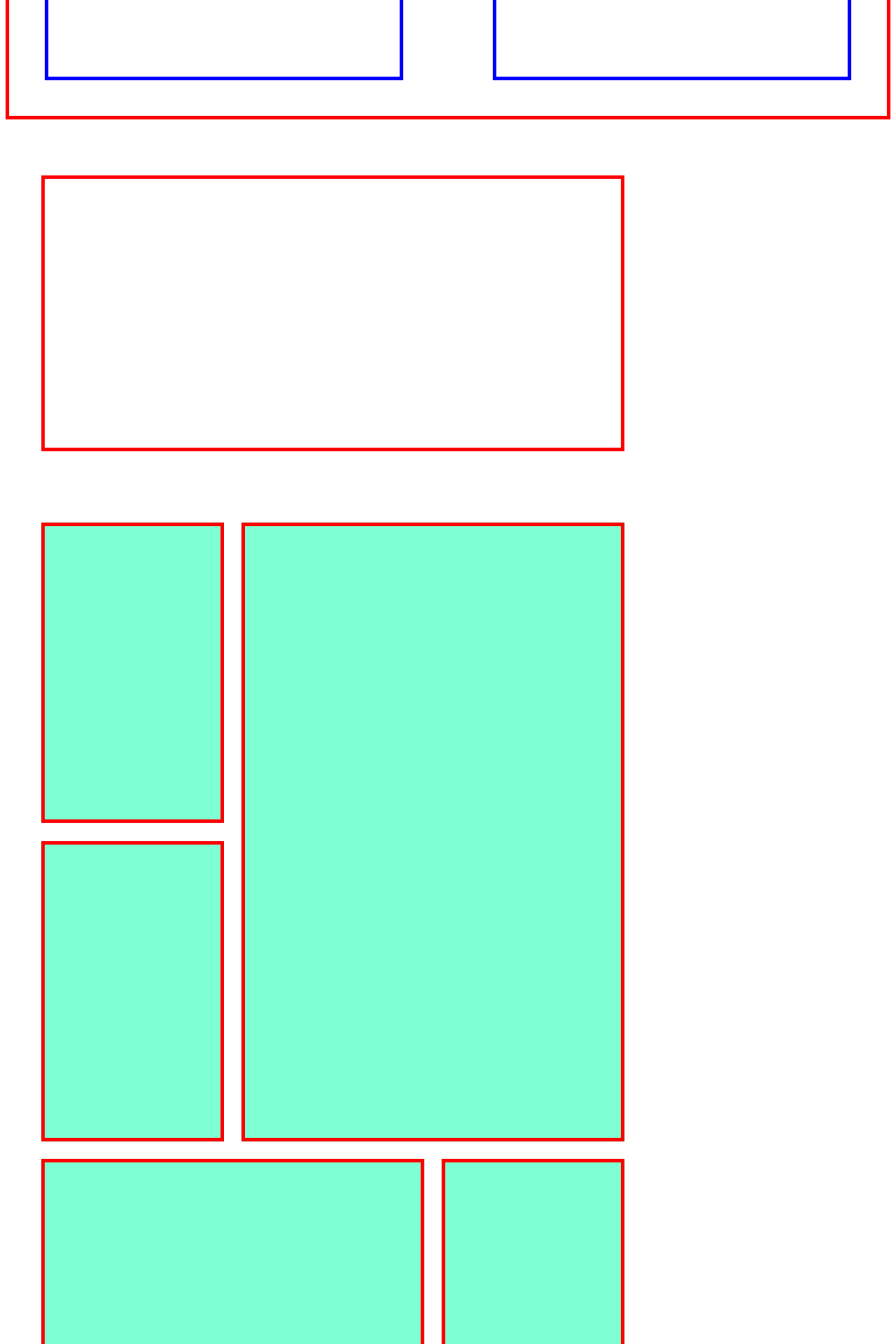
Repository: BwesewB/Brutalist-Website
Page: /
An editor plug-in stored every save of this project. The page is shown before and after the next save, followed by the edit.
The browser window is 1280 px wide. The pictures show the part of the page from y = 872 to 2792 px (the page is 3488 px tall), at 70% of full size.
The project was rebuilt for these pictures with package versions that can differ from the ones it lists, and the page was loaded fresh each time. The framework's server and built-in components were replaced by stand-ins that run in the browser. Also part of the build but not shown: next.config.mjs.

Above is the page before, as saved 2024-02-03 21:13:01.

### pages/index.js
import Head from "next/head";
import Image from "next/image";
import styles from "@/styles/Home.module.css";
import { useState } from "react";
import CoverPage from "@/components/CoverPage";
import BottomDisplay from "@/components/BottomDisplay";

export default function Home() {

  const[input,setInput] = useState();


  const classFilters = {
    1: 'Magician',
    2: 'Theif',
    4: 'Warrior',
    8: 'Bowman',
    16: 'Pirate',
    32: 'Nothing'
  }

const getClassStyle = flagValue => (input & flagValue) > 0 ? { backgroundColor: 'yellow'} : null;

  return (
    <>
      <Head>
        <title>Brutalism</title>
        <meta name="description" content="Brutalist Website" />
        <meta name="viewport" content="width=device-width, initial-scale=1" />
        <link rel="icon" href="/favicon.ico" />
      </Head>
      <main className={`${styles.main}`}>
        <div className={styles.titlePage}>
          <div className={styles.graphic}></div>
          <div className={styles.displayPanel}></div>
        </div>
        <div className={styles.bottomDisplay}>
          <BottomDisplay/>
        </div>
      </main>
      <footer>
        Footer Area
      </footer>
    </>
  );
}

{/* <div class="inputArea">
<input
id="input"
type="text"
placeholder="bitmask decimal value"
value={input}
onChange={event => setInput(event.target.value)}
/>
</div>
<div class="posterArea" >                                                             need to change to posters
<table>
  <tbody>
    {
      Object.keys(classFilters).map(item => (
        <tr key={item} style={getClassStyle(item)}>
          <td>{item}</td>
          <td>{classFilters[item]}</td>
        </tr>
      ))
    }
  </tbody>
</table>
</div> */}

### styles/globals.css
:root{

}

### styles/Home.module.css
.main {
  display:grid;
  grid-template-columns: repeat(4, 1fr);
  gap:4vh;
  box-sizing: border-box;
}

/* <div class="titlePage">
<div class="graphic"></div>
<div class="inputArea"></div>
</div>
<div class="displayArea">
<div class="posterOne"></div>
<div class="posterTwo"></div>
<div class="posterThree"></div>
<div class="posterFour"></div>
<div class="posterFive"></div>
<div class="posterSix"></div>
</div> */

.titlePage{
  height:80vw;
  grid-column: 1/5;
  border: 5px solid red;
/*---------------------------------------------------------------------------------------------------------*/
  display:grid;
  grid-template-columns: repeat(2, 1fr);
  gap:2vw;
}

.graphic, .displayPanel{
  border: 5px solid blue;
  margin:4vw;
}

.graphic{
  grid-column: 1/2;
}

.displayPanel{
  grid-column: 2/3;
  grid-template-columns: repeat(2, 1fr);
}


/*---------------------------------------------------------------------------------------------------------*/

.bottomDisplay{
  grid-column: 1/5;
  display:grid;
  grid-template-columns: repeat(4, 1fr);
  gap:4vw;
}

### components/CoverPage/index.js
export default function CoverPage() {

}

### components/BottomDisplay/index.js
import styles from './BottomDisplay.module.css'
export default function BottomDisplay() {

    return(
        <div className={styles.bottomWidthSpan}>
            <div className={styles.inputArea}></div>
            <div className={styles.displayArea}>
                <div className={styles.posterOne}></div>
                <div className={styles.posterTwo}></div>
                <div className={styles.posterThree}></div>
                <div className={styles.posterFour}></div>
                <div className={styles.posterFive}></div>
                <div className={styles.posterSix}></div>
            </div>
        </div>
    )

}

### components/BottomDisplay/BottomDisplay.module.css
.inputArea{
    border: 5px solid red;
    margin:4vw;
    grid-column: 4/5;
    grid-row:1/2;
    height:30vw;
}

.displayArea {
    display: grid;
    grid-template-columns: repeat(3, 1fr);
    grid-template-rows: repeat(4, 1fr);
    gap: 2vw;
    height:140vw;
    padding: 4vw;
  }

.posterOne,
.posterTwo,
.posterThree,
.posterFour,
.posterFive,
.posterSix {
    background-color: aquamarine;
    border: 5px solid red;
}

.posterTwo{
    grid-column: 2/4;
    grid-row: 1/3;
}

.posterFour{
    grid-column: 1/3;
    grid-row: 3/5;
}

.bottomWidthSpan {
    grid-column: 1/4;
}

Loaded but not shown: pages/_app.js (common file); pages/_document.js (common file)

After the next save:
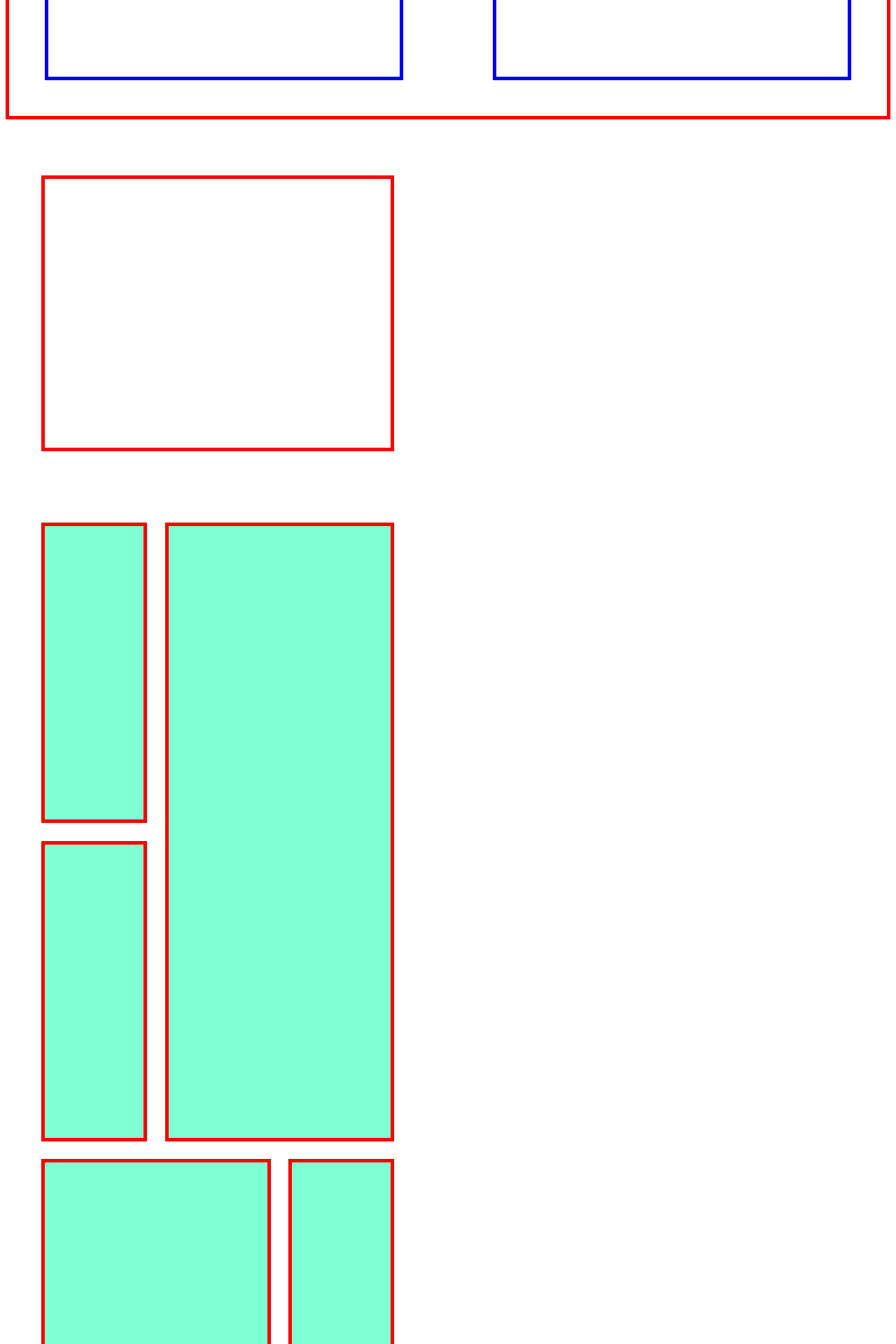
Saved 38 s later.
--- a/components/BottomDisplay/BottomDisplay.module.css
+++ b/components/BottomDisplay/BottomDisplay.module.css
@@ -36,5 +36,5 @@
 }
 
 .bottomWidthSpan {
-    grid-column: 1/4;
+    grid-column: 1/3;
 }

After the save that followed:
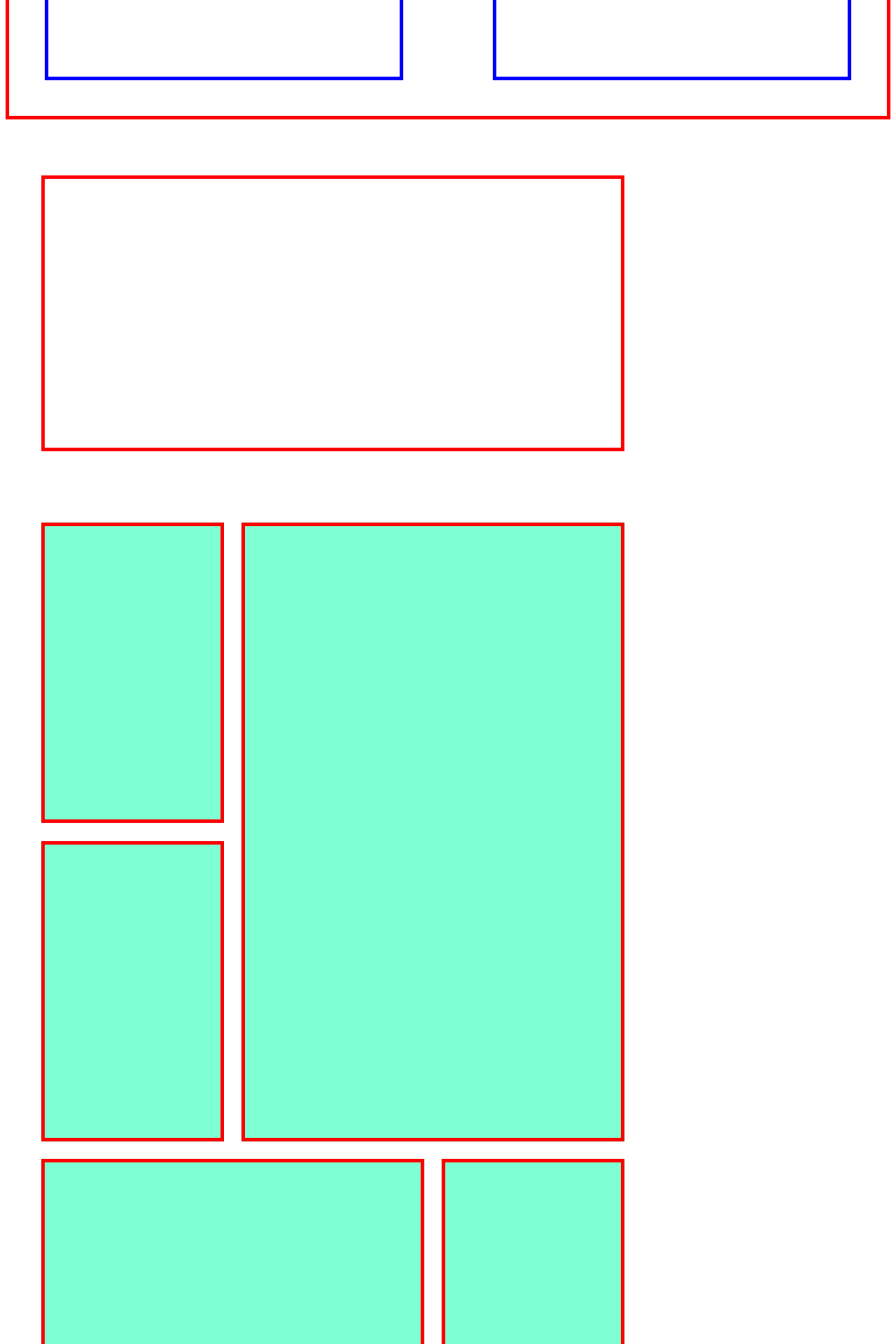
Saved 9 s later.
--- a/components/BottomDisplay/BottomDisplay.module.css
+++ b/components/BottomDisplay/BottomDisplay.module.css
@@ -36,5 +36,5 @@
 }
 
 .bottomWidthSpan {
-    grid-column: 1/3;
+    grid-column: 1/4;
 }
